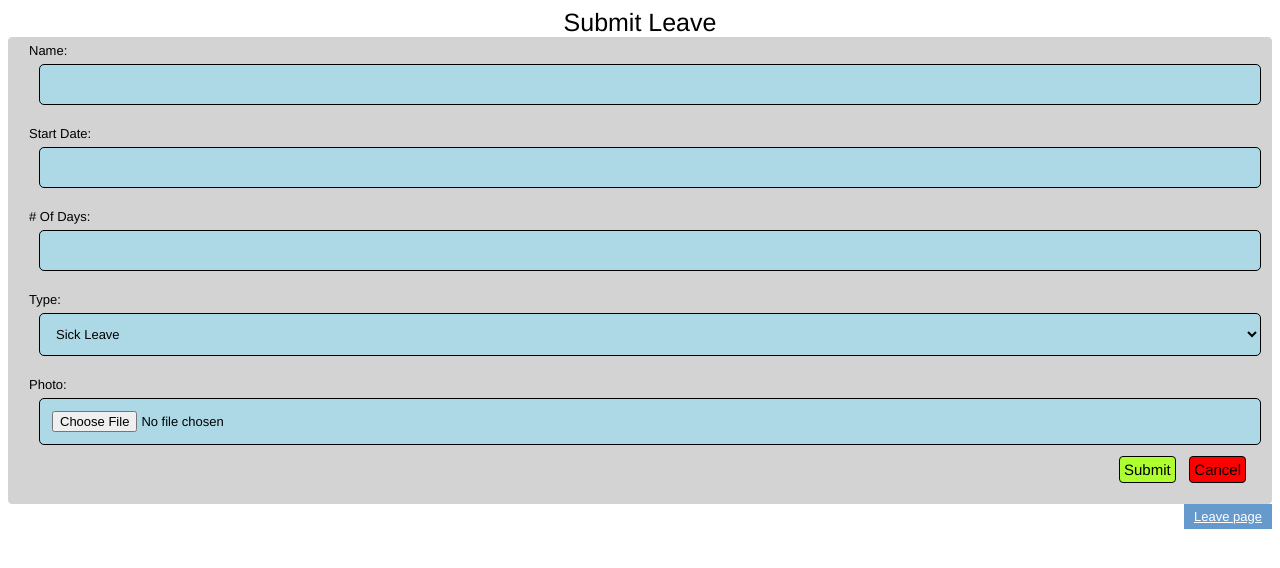
Repository: Murad71/BasicCRUD
Page: index.html
The author's editor kept a copy of each file at every save. The page is drawn from the files as they stood at one save, then again after the next save.
The browser window is 1280 px wide. The pictures show the whole page.

Above is the page before, as saved 2023-04-18 20:11:26.

### index.html
<!DOCTYPE html>
<html lang="en">
  <head>
    <meta charset="UTF-8" />
    <meta http-equiv="X-UA-Compatible" content="IE=edge" />
    <meta name="viewport" content="width=device-width, initial-scale=1.0" />
    <link rel="stylesheet" href="index.css" />
    <title>Leave Request</title>
  </head>
  <body>
    <div>
      <form id="form1">
        <header>Submit Leave</header>
        <div class="container">
          <label for="name">Name:</label>
          <input type="text" id="name" name="name" />
          <br />
          <label for="startdate">Start Date:</label>
          <input type="text" id="startdate" name="startdate" />
          <br />
          <label for="days"># Of Days:</label>
          <input type="text" id="days" name="days" />
          <br />
          <label for="leaves">Type:</label>
          <select id="leave" name="leaves" required>
            <option value="Sick leave">Sick Leave</option>
            <option value="Early leave">Early Leave</option>
            <option value="Vacation leave">Vacation Leave</option>
            <option value="Other">Other</option>
          </select>
          <br />
          <label for="photo">Photo:</label>
          <input type="file" id="photo" name="photo"/>
          <div class="button-container">
            <input type="submit" value="Submit" id="submitButton"/>
            <input type="reset" value="Cancel" class="cancel" />
          </div>
        </div>
      </form>
      <div class="anchorContainer">
        <a href="index1.html"> Leave page</a>
        <!--Added the hyperlink here-->
      </div>
    </div>
    <script src="script.js"></script>
  </body>
</html>

### index.css
* {
  box-sizing: border-box;
  font-family: "Franklin Gothic Medium", "Arial Narrow", Arial, sans-serif;
  font-size: small;
}

.container {
  background-color: lightgray;
  padding: 5px 20px 15px 20px;
  border: 1px solid lightgray;
  border-radius: 4px;
  display: flex;
  flex-direction: column;
  margin: 0 auto;
  width: 100%;
  flex-direction: column;
}

header {
  font-size: 25px;
  text-align: center;
}

input[type="text"],
input[type="file"],
select,
textarea {
  width: 100%;
  padding: 12px;
  margin: 6px;
  border: 1px solid;
  border-radius: 5px;
  margin-left: 10px;
  background-color: lightblue;
}

.button-container {
  text-align: right;
}

input[type="submit"],
input[type="reset"] {
  font-size: 15px;
  border: 1px solid;
  margin: 5px;
  padding: 4px;
  background-color: greenyellow;
  border-radius: 4px;
}

input[type="reset"].cancel {
  background-color: red;
}

.anchorContainer {
  text-align: right;
}

a {
  display: inline-block;
  background: #69c;
  color: #fff;
  padding: 5px 10px;
}

### script.js
let storage=JSON.parse(localStorage.getItem('store')) || [];
let index=JSON.parse(localStorage.getItem('rIndex')) || null;
const submitButtonCatch=document.getElementById("submitButton");
const img= new Image();

//after clicking the submit button
submitButtonCatch.addEventListener("click",() =>{
    const form=document.getElementById("form1");
    let object={};
    let flag=true;

    object["id"]= Date.now();
    for(let i=0;i<form.length;i++)
    {
        if(form.elements[i].name=="photo")
        {
            object[form.elements[i].name]= img.src;
        }
        else
        {
            object[form.elements[i].name]=form.elements[i].value;
        }
        if(form.elements[i].value=='')
        {
            flag=false;
            alert("WARNING: Fill all the given Input correctly.");
            break;
        }
        if(form.elements[i].name=="days" && (form.elements[i].value>7 || form.elements[i].value<1))
        {
            flag=false;
            alert("WARNING: Enter a valid number for vacation");
            break;
        }
    }

    if(flag)
    {
        alert("Your data has been submitted Successfully!!");
        if(index!=null)
        {
            storage[index]=object;
            index=null;
        }
        else storage.push(object);


        localStorage.setItem('store',JSON.stringify(storage));
        localStorage.setItem('rIndex',JSON.stringify(index));
        form.reset();
    }
});


//base64 conversion
const fileEl= document.getElementById('photo');
fileEl.addEventListener('change', () =>{

    const fr= new FileReader();
    fr.readAsDataURL(fileEl.files[0]);

    fr.addEventListener('load', ()=>{

        const url= fr.result;
        img.src= url;

    });

});


console.log(storage);



// let submitButtonClicked=document.getElementById("submitButton");
// let indx=0;
// let flag= true;
// let obj={};

// submitButtonClicked.addEventListener('click',() =>{

//     const form= document.getElementById('form1');
//     obj["id"]= indx;
//     indx++;
//     for(let i=0; i<form.length; i++)
//     {
//         obj[form.elements[i].name]=form.elements[i].value;
//         if(form.elements[i].value=='')
//         {
//             flag=false;
//             alert("WARNING: Fill all the given Input correctly.");
//             break;
//         }
//         if(form.elements[i].name=="days" && (form.elements[i].value>7 || form.elements[i].value<1))
//         {
//             flag=false;
//             alert("WARNING: Enter a valid number for vacation");
//             break;
//         }
//     }

//     if(flag)
//     {
//         alert("Data entered successfully!");
//         insertData();
//     }

// });


// function intertData()
// {
//     const table = document.getElementsByClassName("tbody1")[0];
//           var row=document.createElement('tr');
//            row.innerHTML = `<td>${obj.name}</td>
//                 <td>${obj.startdate}</td>
//                 <td>${obj.days}</td>
//                 <td>${obj.leaves}</td>
//                 <td><img id="img" src=${obj.photo} alt=""></td>
//                 <td><a href="index.html" id="edit">Edit</a> <input type='button' value= 'Reject' name=${obj.id} id="reject"/></td>`;
//             table.appendChild(row);
// }

After the next save:
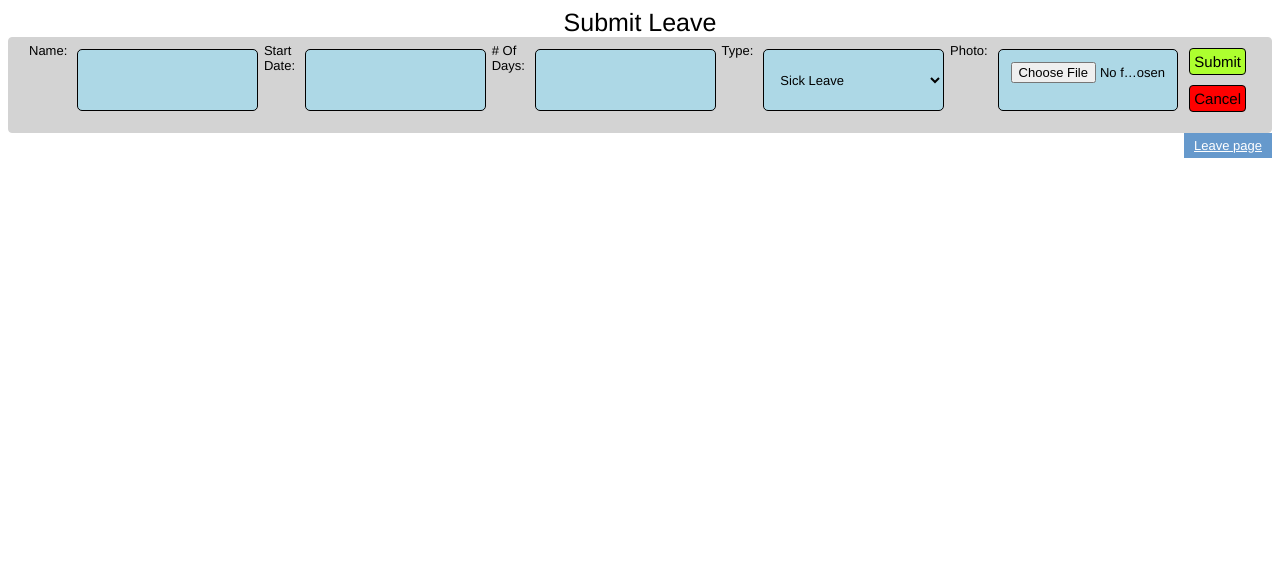
Saved 10 s later.
--- a/index.css
+++ b/index.css
@@ -10,10 +10,9 @@
   border: 1px solid lightgray;
   border-radius: 4px;
   display: flex;
-  flex-direction: column;
+  flex-direction: row;
   margin: 0 auto;
   width: 100%;
-  flex-direction: column;
 }
 
 header {
